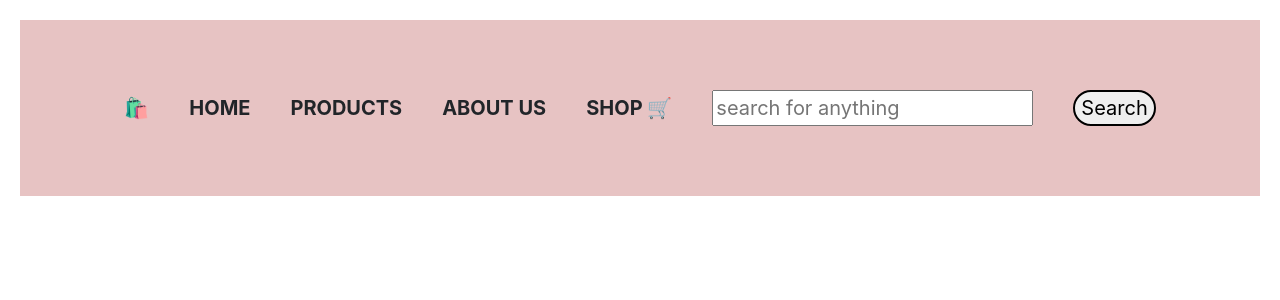
Repository: thf4/Project-Shop
Page: /
The author's editor kept a copy of each file at every save. The page is drawn from the files as they stood at one save, then again after the next save.
The browser window is 1280 px wide. The pictures show the whole page.
The project was rebuilt for these pictures with package versions that can differ from the ones it lists, and the page was loaded fresh each time.

Above is the page before, as saved 2021-04-22 11:44:57.

After the next save:
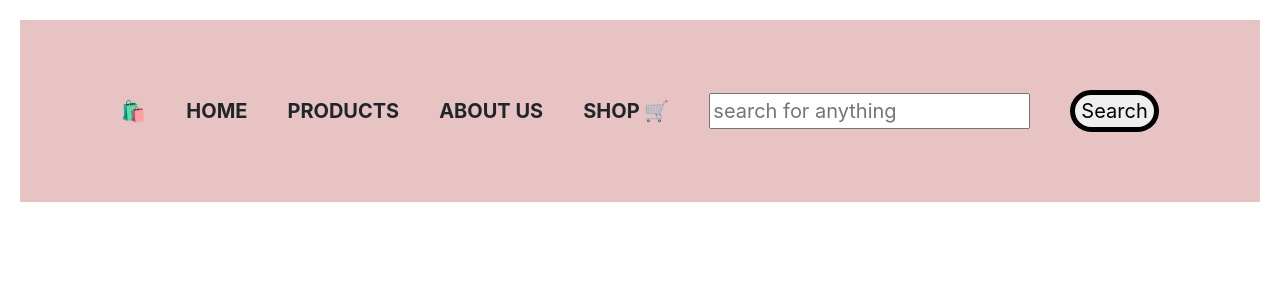
Saved 10 s later.
--- a/src/App.css
+++ b/src/App.css
@@ -21,7 +21,7 @@ li{
 #button{
   border-radius: 30px;
   border-style: solid;
-  border-width: 2px;
+  border-width: 5px;
 }
 .App-header{
 
